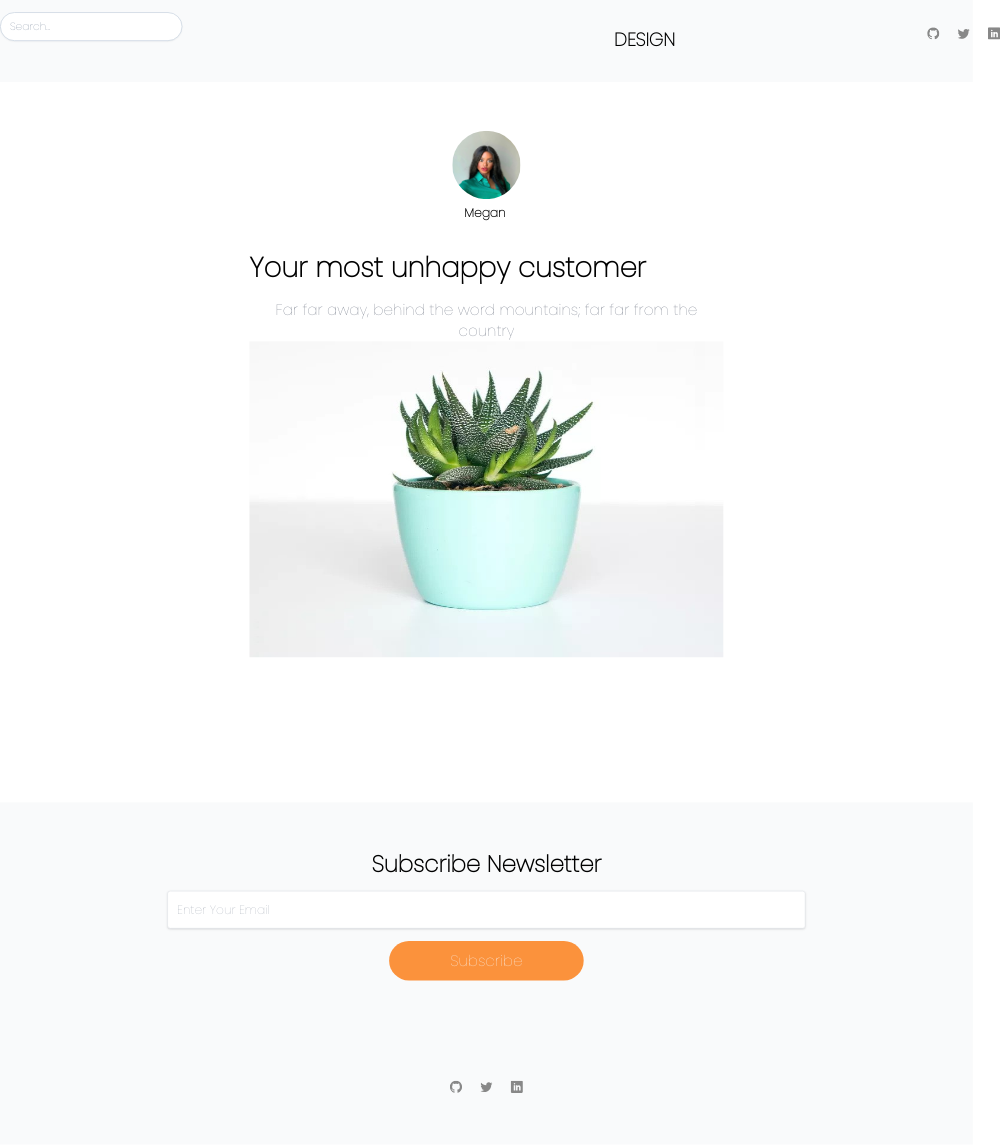
Repository: Megan74/blog5
Page: /posts/page
An editor plug-in stored every save of this project. The page is shown before and after a run of saves, followed by the edit.
The browser window is 1280 px wide. The page is 1316 px wide, so the pictures cover 1316 px, including what lies to the right of the window. The pictures show the whole page, at 76% of full size.
The project was rebuilt for these pictures with package versions that can differ from the ones it lists, and the page was loaded fresh each time. The framework's server and built-in components were replaced by stand-ins that run in the browser. Also part of the build but not shown: next.config.js.

Above is the page before, as saved 2022-07-02 17:59:48.

### pages/posts/page.js
import Format from "../../layout/format";
import Author from "../../components/_child/author";
import Image from "next/image";


export default function Page() {

    return(
        <Format>
            <section className="container mx-auto md:px-2 py-16 w-1/2">
            <div className="flex justify-center">
            <Author></Author>
           </div>

         <div className="post py-10">
            <h1 className="font-bold text-4xl text-cente  pb-5">Your most unhappy customer </h1>

            <p className="text-gray-500 text-xl text-center">Far far away, behind the word mountains; far far from the country</p>
          <div className="py10">
           <Image src="/images/img1.jpeg" width={900} height={600}></Image>
          </div>

         </div>
         </section>

        </Format>




    )
    }

### styles/globals.css
@import url('https://fonts.googleapis.com/css2?family=Poppins:wght@100&family=Roboto:ital,wght@1,300&display=swap');
@tailwind base;
@tailwind components;
@tailwind utilities;



* > * {
  font-family: 'Poppins', sans-serif;
}

.text-inline{
  @apply mt-1 block w-60 px-3 py-2 bg-white border border-slate-300 rounded-full text-sm shadow-sm placeholder-slate-500;
}

.social{
  display: block;
  background-size: 60px;
  transform: scale(1);
  width: 60px;
  height: 60px;
 }

.social:hover{
  transform: scale(1.2);
  transition: all 0.3s ease-in-out;
}

### layout/format.js
import Head from "next/head";
import Header from "../components/header";
import Footer from "../components/footer";


export default function format ({children}){
return (
      <>

      <Head>
        <title>Blog</title>
      </Head>

    <Header></Header>
    <main> {children}</main>
    <Footer></Footer>
    </>

)

}

### components/_child/author.js
import Image from "next/image";
import Link from "next/link";


export default function author () {
    return(

       <div classname="author flex py-5">
        <Image src={"/images/author/profile.JPG"} width={90} height={90} className="rounded-full"></Image>

        <div className="flex flex-col justify-center px-4">
            <Link href={"/"}><a className="text-md font-bold text-gray italic-font 800 hover:text-gray-600"> Megan</a></Link>

            <span className="text-sm text-gray-500"></span>
        </div>
       </div>
    )
}

### components/header.js
import { ImGithub, ImTwitter , ImLinkedin } from "react-icons/im";
import Link from 'next/link';


export default function header (){
return (
<header className="bg-gray-50">
<div className="xl:container xl:mx-auto flex flex-col item-center sm:flex-row sm:justify-between text-center py-3">
    <div className="md:flex-none w-96 order-2 sm:order-1 flex justify-center py-4 sm:py-0"></div>
<div>
    <input type="text" className="text-inline" placeholder="Search..."/>
</div>
<div className="shrink w-80 sm:order-2">
    <Link href={'/'}>
    <a className="font-bold uppercase mt-6 text-2xl flex flex-justify-center">Design</a>
    </Link>

</div>
<div className= "social mt-6 w-111 h-55 order-3 flex justify-center">
    <div className="flex gap-6">
        <Link href={'https://github.com/Megan74'}>
        <a><ImGithub color="888888"/></a>
        </Link>
        <Link href={'https://twitter.com/techiemeggy'}>
    <a><ImTwitter color="#888888"/></a>
    </Link>
    <Link href={'https://www.linkedin.com/in/megan-mat/'}>
    <a><ImLinkedin color="#888888"/></a>
    </Link>
</div>

</div>
</div>
</header>
)
}

### components/footer.js
import { ImGithub, ImTwitter , ImLinkedin } from "react-icons/im";
import Link from 'next/link';
import Newsletter from "./_child/newsletter";



export default function footer(){
    return(
 <footer className="bg-gray-50">
      <Newsletter></Newsletter>

    <div className="container mx-auto flex justify-center py-12">
      <div className="py-5">
         <div className="flex gap-6 justify-center">
         <Link href={'https://github.com/Megan74'}>
        <a><ImGithub color="888888"/></a>
        </Link>
        <Link href={'https://twitter.com/techiemeggy'}>
    <a><ImTwitter color="#888888"/></a>
    </Link>
    <Link href={'https://www.linkedin.com/in/megan-mat/'}>
    <a><ImLinkedin color="#888888"/></a>
    </Link>
      </div>



      </div>

    </div>


 </footer>
    )
}

### components/_child/newsletter.js

export default function newsletter(){
return(
 <section className="bg-gray-50 mt-20">


  <div className="container mx-auto md:px-20 py-16 text-center">
      <h1 className="font-bold text-3xl">Subscribe Newsletter</h1>
      <div className="py-4">
        <input type="text" className="shadow border rounded w-9/12 py-3 px-3 text-gray-700 focus:outline-none focus:shadow-outline" placeholder="Enter Your Email"></input>
      </div>
   <button className="bg-orange-400 px-20 py-3 rounded-full text-gray-50 text-xl">
     Subscribe
   </button>
  </div>
  </section>
)
}

Loaded but not shown: pages/_app.js (common file); tailwind.config.js (common file)

After the next 2 saves:
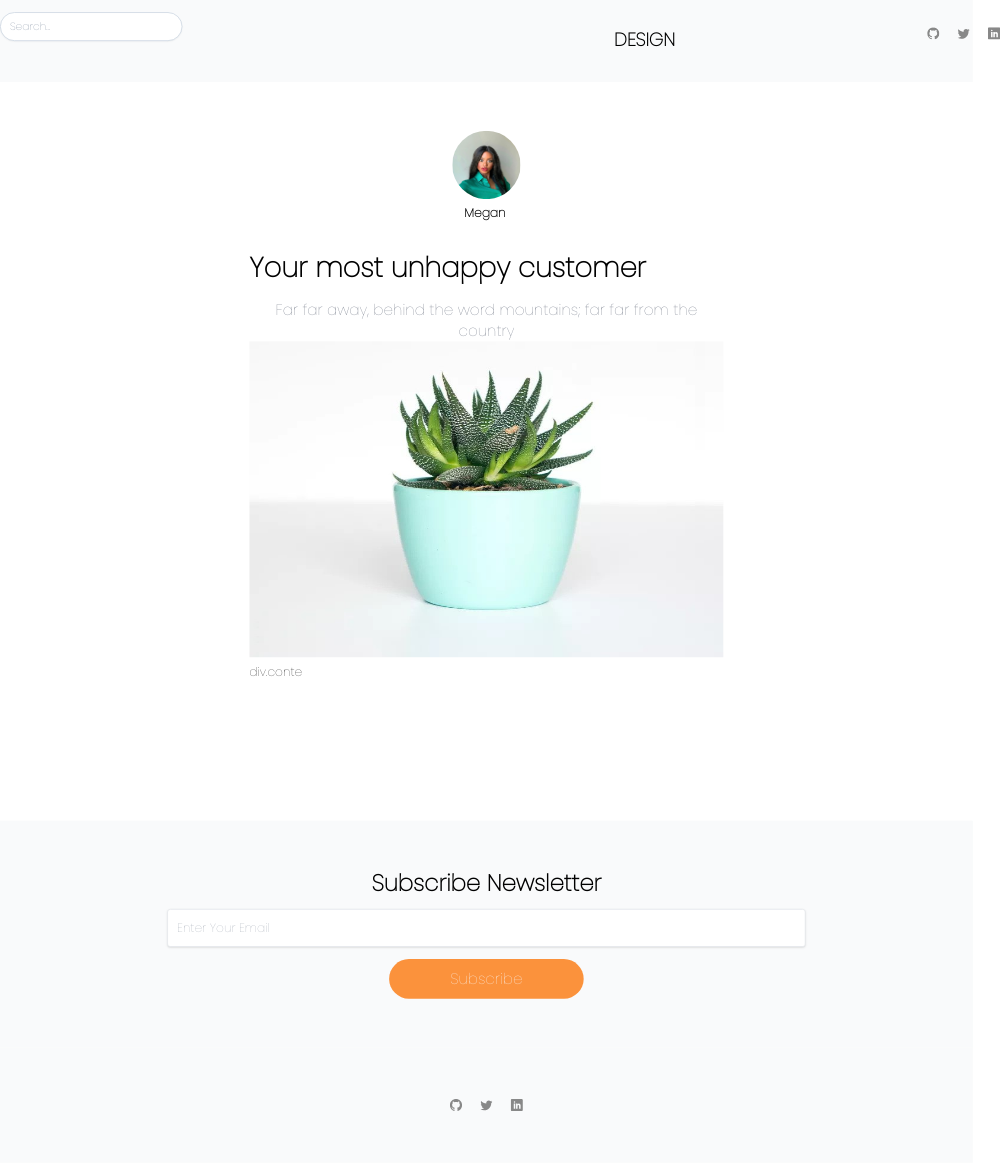
The 2 saves are shown as one change because they came seconds apart.
The last was saved 12 s later.
--- a/pages/posts/page.js
+++ b/pages/posts/page.js
@@ -19,7 +19,7 @@
           <div className="py10">
            <Image src="/images/img1.jpeg" width={900} height={600}></Image>
           </div>
-
+            div.conte
          </div>
          </section>
 

After the 3 saves that followed:
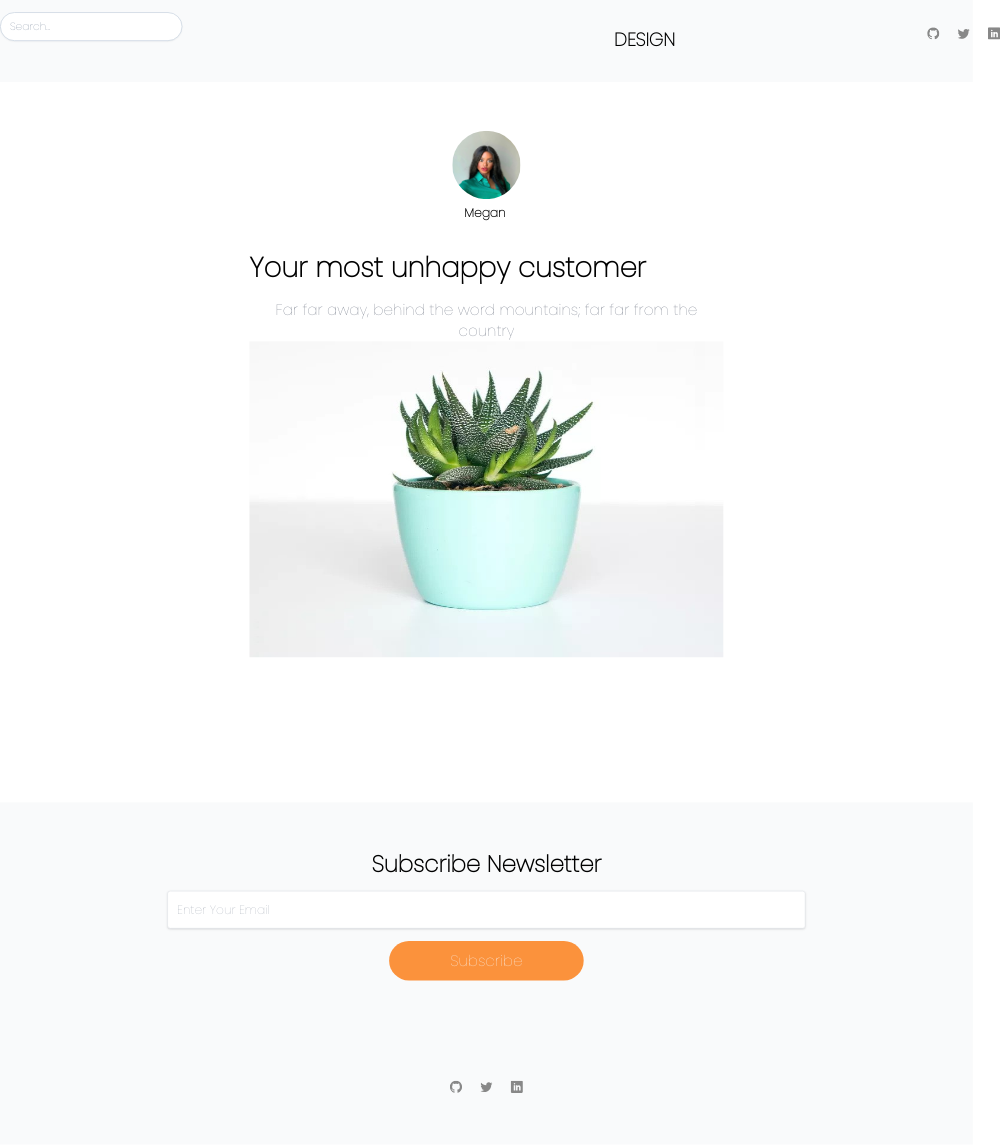
The 3 saves are shown as one change because they came seconds apart.
The last was saved 9 s later.
--- a/pages/posts/page.js
+++ b/pages/posts/page.js
@@ -19,7 +19,7 @@
           <div className="py10">
            <Image src="/images/img1.jpeg" width={900} height={600}></Image>
           </div>
-            div.conte
+            <div className="content"></div>
          </div>
          </section>
 
